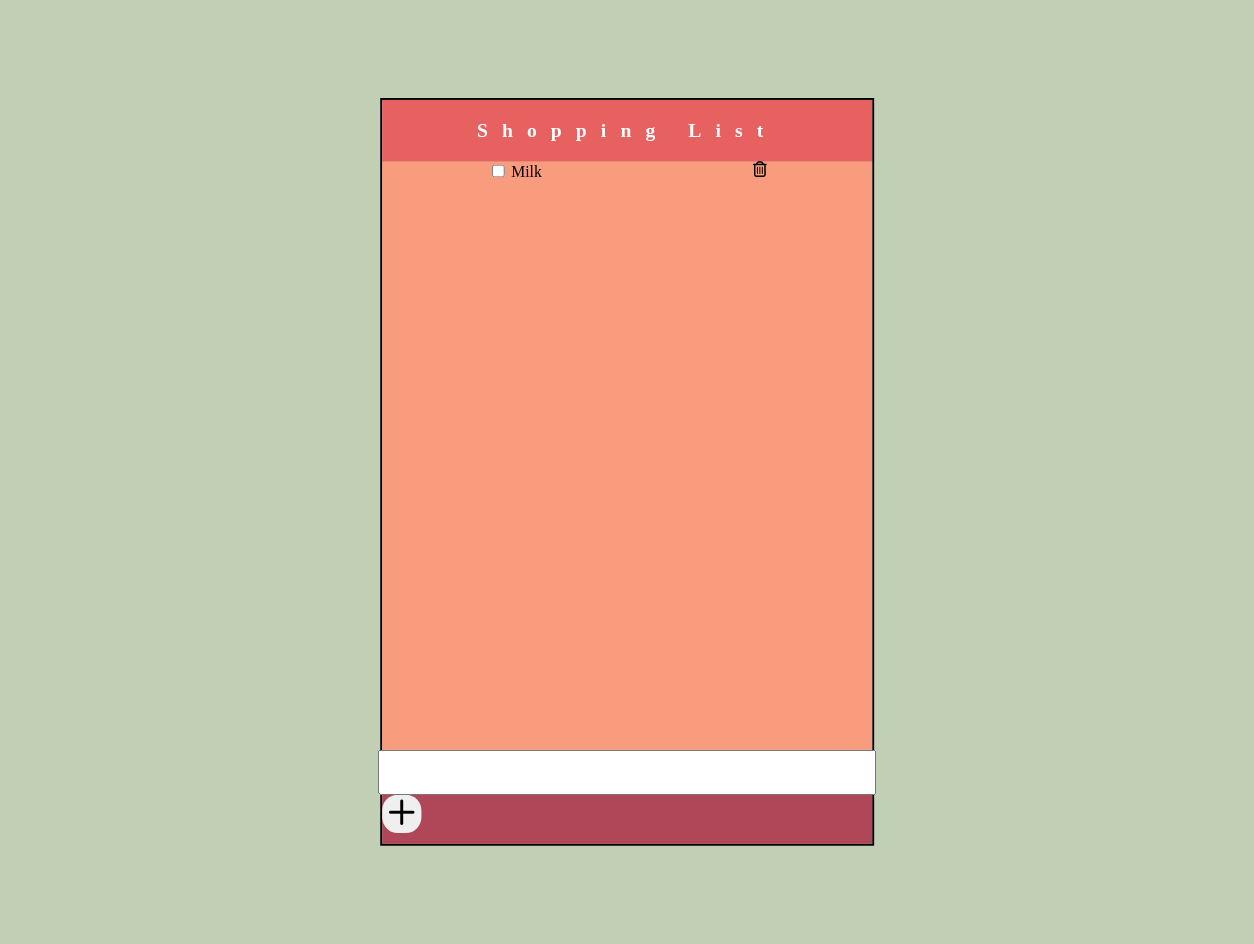
Repository: sephinejo/shopping-list-app
Page: index.html
These files come from the project's save history. The page is drawn as it stood at one moment and after the next save; the edit follows.
The browser window is 1280 px wide. The pictures show the whole page, at 98% of full size.
Some web fonts or font styles are not loaded; a fallback is used. Some web libraries are served in a nearby version.

Above is the page before, as saved 2023-05-11 22:33:45.

After the next save:
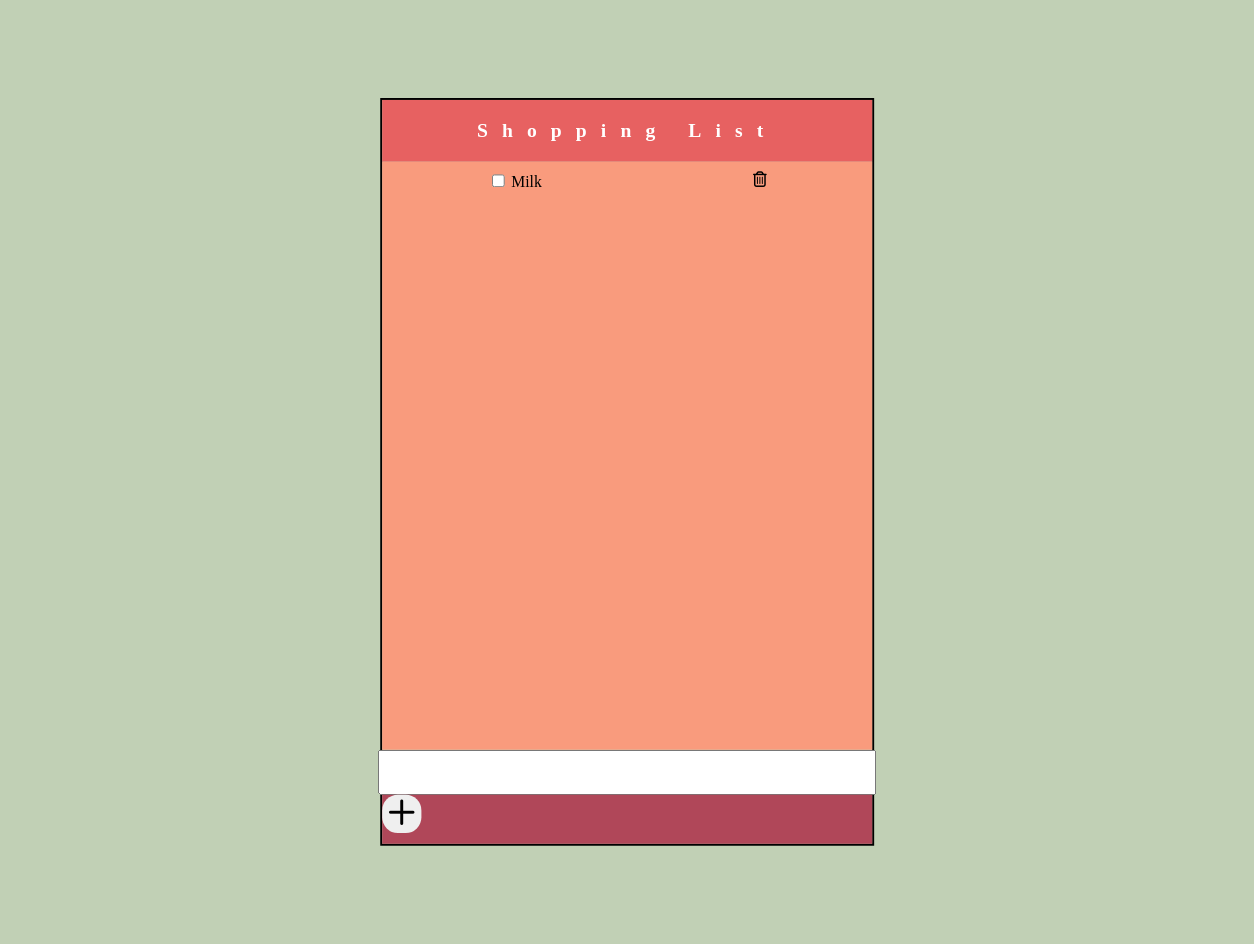
Saved 30 s later.
--- a/style.css
+++ b/style.css
@@ -30,7 +30,7 @@ main {
 }
 
 ul {
-  margin: 0;
+  margin: 10px auto;
   padding: 0;
 }
 
@@ -44,7 +44,6 @@ li {
   width: 100%;
   height: 40px;
   outline-style: none;
-  z-index: 3;
 }
 
 footer {
